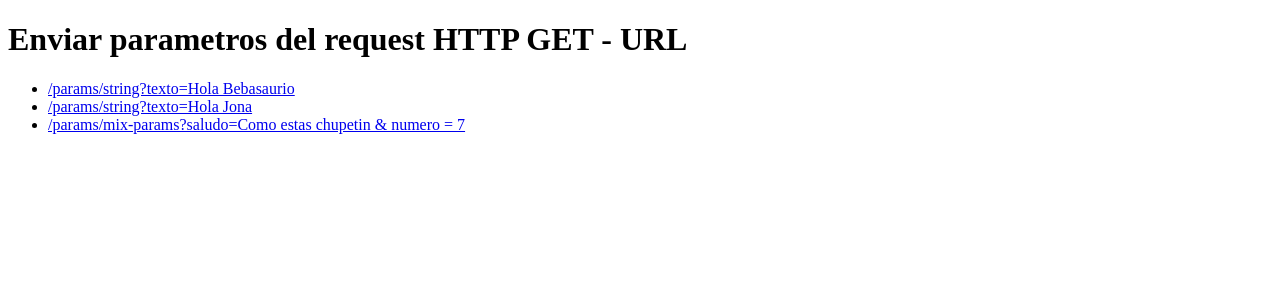
Repository: Eisten1996/workspaceSpring
Page: http://localhost/params/index
These files come from the project's save history. The page is drawn as it stood at one moment and after the next save; the edit follows.
The browser window is 1280 px wide. The pictures show the whole page.
The page is this project's Thymeleaf template; nobody is signed in. The template is opened directly, without the code that normally fills it, so the values that code supplies are empty.

Above is the page before, as saved 2019-08-06 00:57:00.

### spring-boot-web/src/main/resources/templates/params/index.html
<!DOCTYPE html>
<html xmlns:th="http://www.thymeleaf.org">
<head>
<meta charset="UTF-8">
<title>Enviar parametros del request HTTP GET - URL</title>
</head>
<body>
	<h1>Enviar parametros del request HTTP GET - URL</h1>

	<ul>
		<li><a th:href="@{/params/string(texto='Hola Bebasaurio')}">/params/string?texto=Hola
				Bebasaurio</a></li>
		<li><a th:href="@{/params/string(texto='Hola Jona')}">/params/string?texto=Hola
				Jona</a></li>
		<li><a
			th:href="@{/params/mix-params(saludo = 'Como estas chupetin', numero = 7)}">/params/mix-params?saludo=Como
				estas chupetin & numero = 7 </a></li>
	</ul>
</body>
</html>

After the next save:
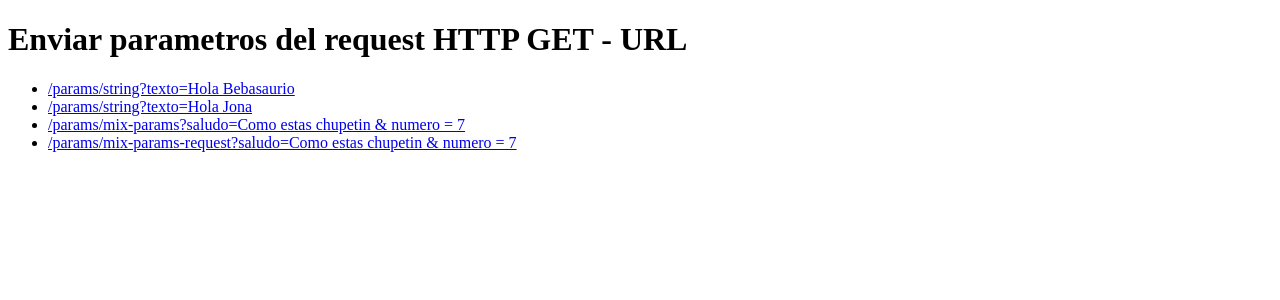
Saved 2 min 12 s later.
--- a/spring-boot-web/src/main/resources/templates/params/index.html
+++ b/spring-boot-web/src/main/resources/templates/params/index.html
@@ -15,6 +15,9 @@
 		<li><a
 			th:href="@{/params/mix-params(saludo = 'Como estas chupetin', numero = 7)}">/params/mix-params?saludo=Como
 				estas chupetin & numero = 7 </a></li>
+		<li><a
+			th:href="@{/params/mix-params-request(saludo = 'Como estas chupetin', numero = 7)}">/params/mix-params-request?saludo=Como
+				estas chupetin & numero = 7 </a></li>
 	</ul>
 </body>
 </html>
